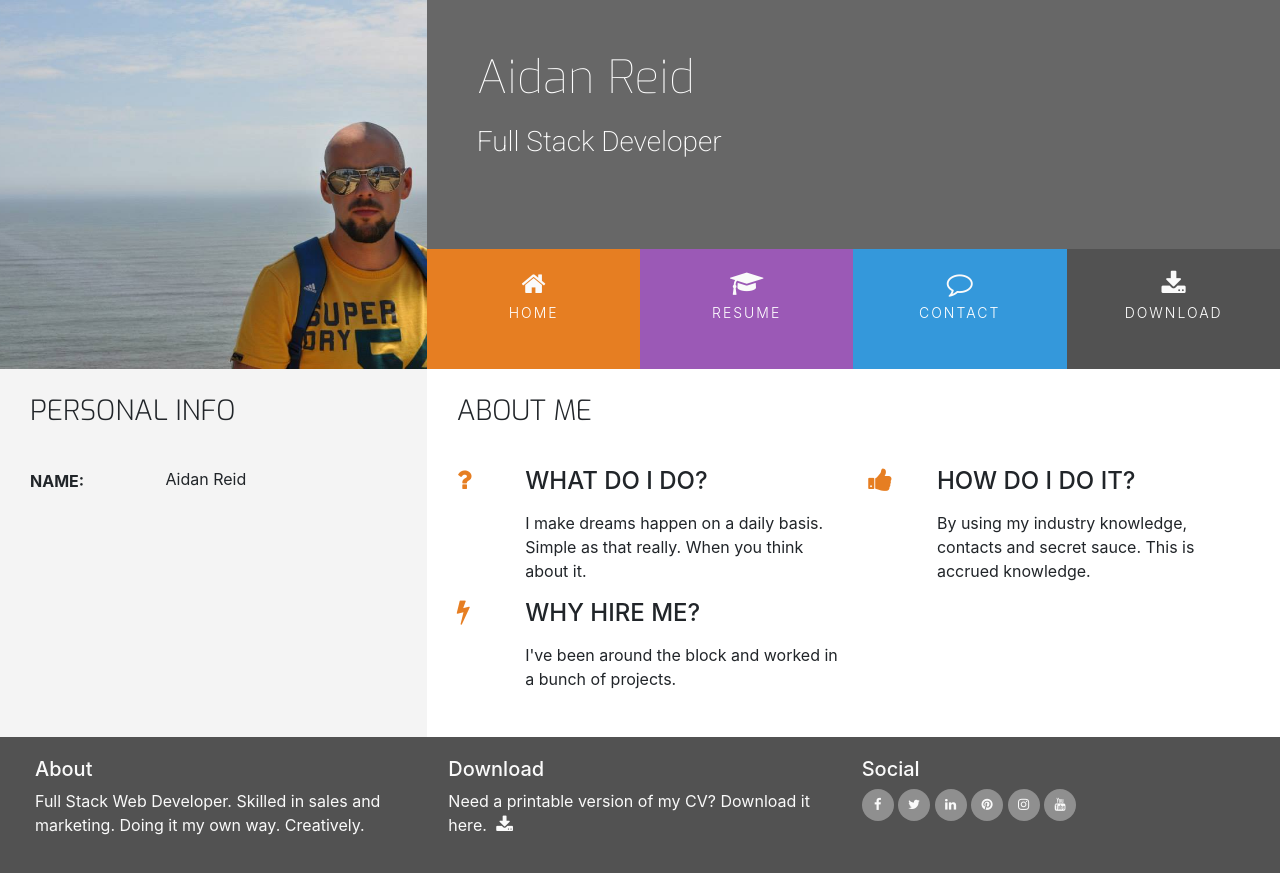
Repository: AidanJReid/Resume
Page: index.html
The author's editor kept a record of every edit. The page is drawn from the files as they stood at one moment, then again after the next edit.
The browser window is 1280 px wide. The pictures show the whole page.

Above is the page before.

After the next edit:
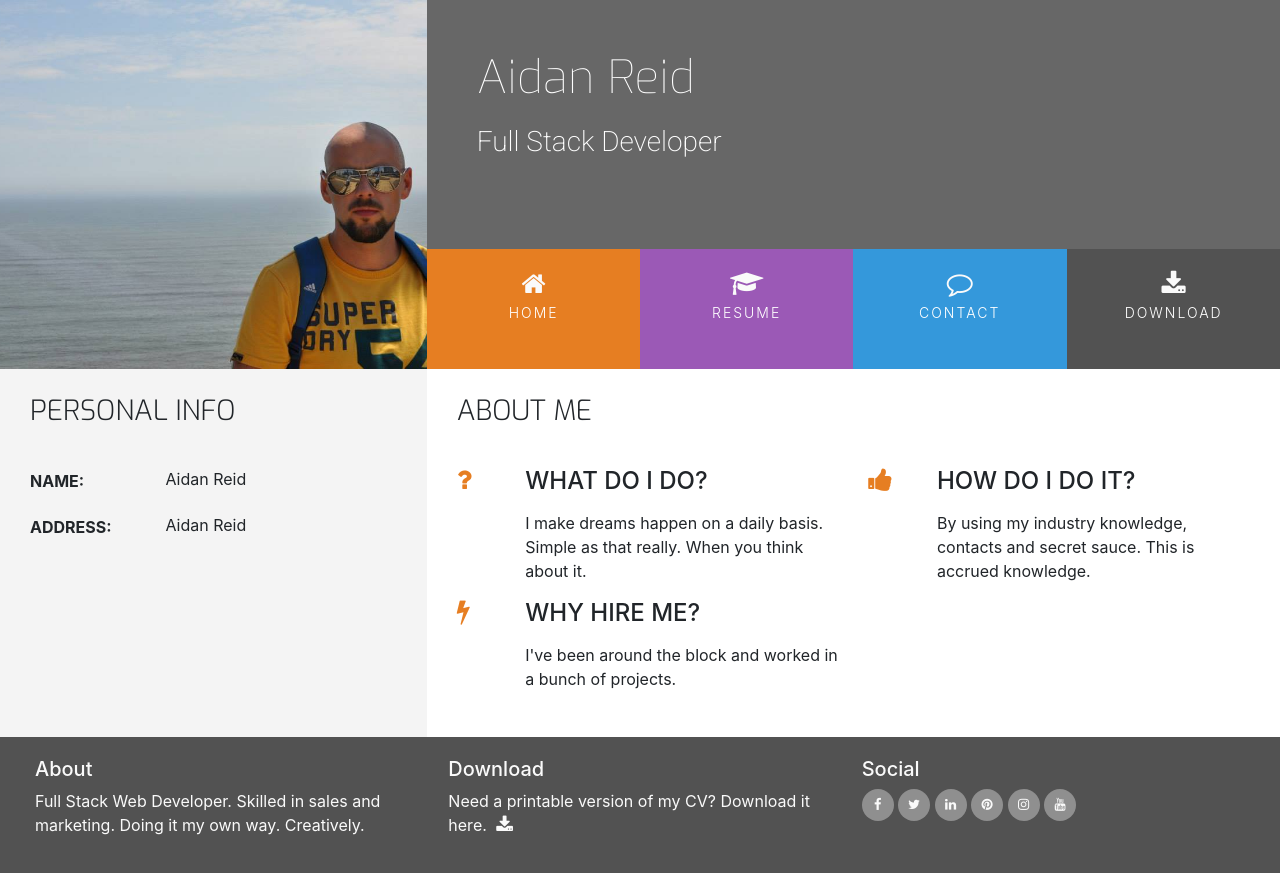
The edit:
--- a/index.html
+++ b/index.html
@@ -78,6 +78,18 @@
                         </p>
                     </div>
                 </div>
+                <div class="personal-info-item">
+                    <div class="key">
+                        <p class="uppercase">
+                            Address:
+                        </p>
+                    </div>
+                    <div class="value">
+                        <p>
+                            Aidan Reid
+                        </p>
+                    </div>
+                </div>
             </div>
             <div class="col-md-8 bg-color-three-reasons section-column">
                 <div class="row">
